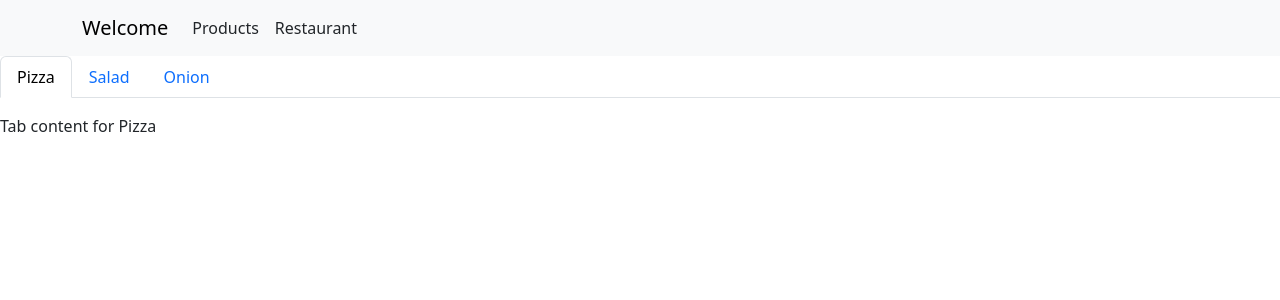
Repository: HadelAbdellatif/ReactApp2
Page: /restaurant
An editor plug-in stored every save of this project. The page is shown before and after a run of saves, followed by the edit.
The browser window is 1280 px wide. The pictures show the whole page.
The project was rebuilt for these pictures with package versions that can differ from the ones it lists, and the page was loaded fresh each time. Also part of the build but not shown: vite.config.js, src/components/products/Products.jsx, src/App.css, src/index.css.

Above is the page before, as saved 2023-11-03 21:39:37.

After the next 2 saves:
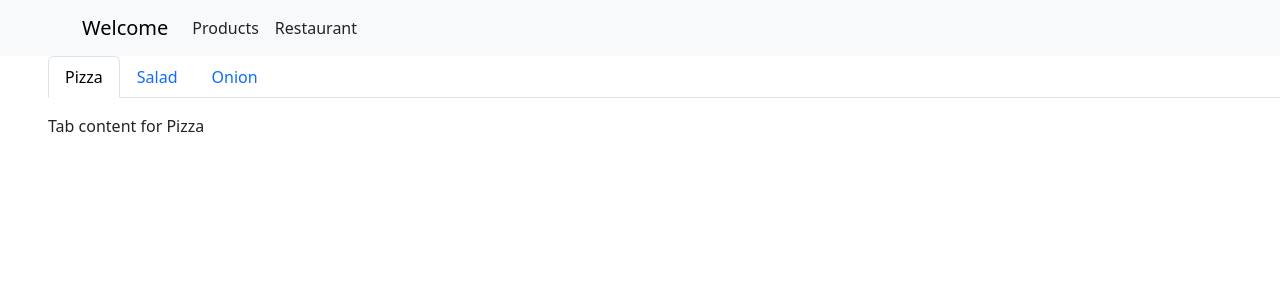
The 2 saves are shown as one change because 1 did not build or start.
The last was saved 27 s later.
--- a/src/components/restaurant/Restaurant.jsx
+++ b/src/components/restaurant/Restaurant.jsx
@@ -3,7 +3,7 @@
 
 function RestaurantMenu() {
   return (
-    <className>
+    <div className="ms-5">
     <Tabs
       defaultActiveKey="Pizza"
       id="uncontrolled-tab-example"
@@ -19,7 +19,7 @@
         Tab content for Onion
       </Tab>
     </Tabs>
-    </className>
+    </div>
   );
 }
 

After the 3 saves that followed:
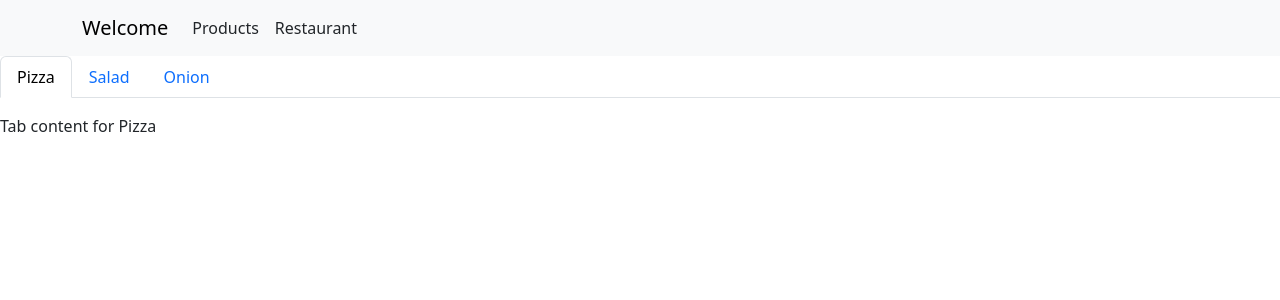
The 3 saves are shown as one change because they came seconds apart.
The last was saved 12 s later.
--- a/src/components/restaurant/Restaurant.jsx
+++ b/src/components/restaurant/Restaurant.jsx
@@ -3,7 +3,7 @@
 
 function RestaurantMenu() {
   return (
-    <div className="ms-5">
+    < >
     <Tabs
       defaultActiveKey="Pizza"
       id="uncontrolled-tab-example"
@@ -19,7 +19,7 @@
         Tab content for Onion
       </Tab>
     </Tabs>
-    </div>
+    </>
   );
 }
 
